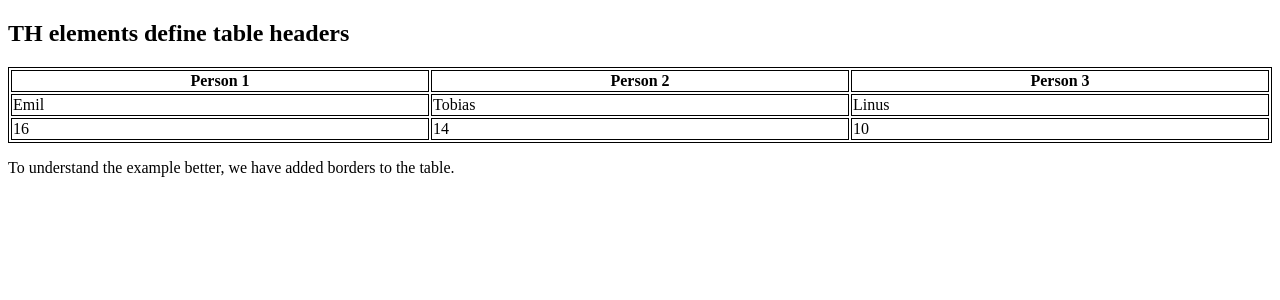
Repository: Rishicollinz/Java_Fullstack
Page: http://localhost/jsp3/display.jsp
These files come from the project's save history. The page is drawn as it stood at one moment and after the next save; the edit follows.
The browser window is 1280 px wide. The pictures show the whole page.
The page is served by Tomcat 9.

Above is the page before, as saved 2023-05-18 08:30:10.

### Eclipse 2/jsp3/src/main/webapp/display.jsp
<%@ page language="java" contentType="text/html; charset=UTF-8"
    pageEncoding="UTF-8"%>
<!DOCTYPE html>
<html>
<style>
table, th, td {
  border:1px solid black;
}
</style>
<body>

<h2>TH elements define table headers</h2>

<table style="width:100%">
  <tr>
    <th>Person 1</th>
    <th>Person 2</th>
    <th>Person 3</th>
  </tr>
  <tr>
    <td>Emil</td>
    <td>Tobias</td>
    <td>Linus</td>
  </tr>
  <tr>
    <td>16</td>
    <td>14</td>
    <td>10</td>
  </tr>
</table>

<p>To understand the example better, we have added borders to the table.</p>

</body>
</html>

After the next save:
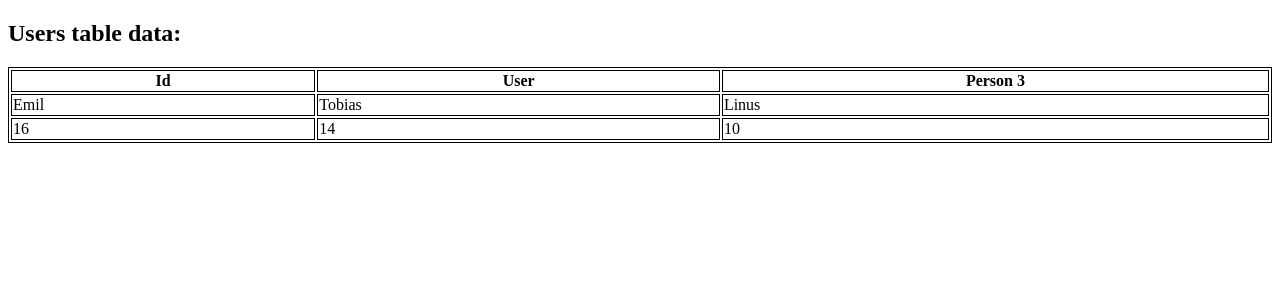
Saved 51 s later.
--- a/Eclipse 2/jsp3/src/main/webapp/display.jsp
+++ b/Eclipse 2/jsp3/src/main/webapp/display.jsp
@@ -9,12 +9,12 @@ table, th, td {
 </style>
 <body>
 
-<h2>TH elements define table headers</h2>
+<h2>Users table data:</h2>
 
 <table style="width:100%">
   <tr>
-    <th>Person 1</th>
-    <th>Person 2</th>
+    <th>Id</th>
+    <th>User</th>
     <th>Person 3</th>
   </tr>
   <tr>
@@ -29,7 +29,5 @@ table, th, td {
   </tr>
 </table>
 
-<p>To understand the example better, we have added borders to the table.</p>
-
 </body>
 </html>
